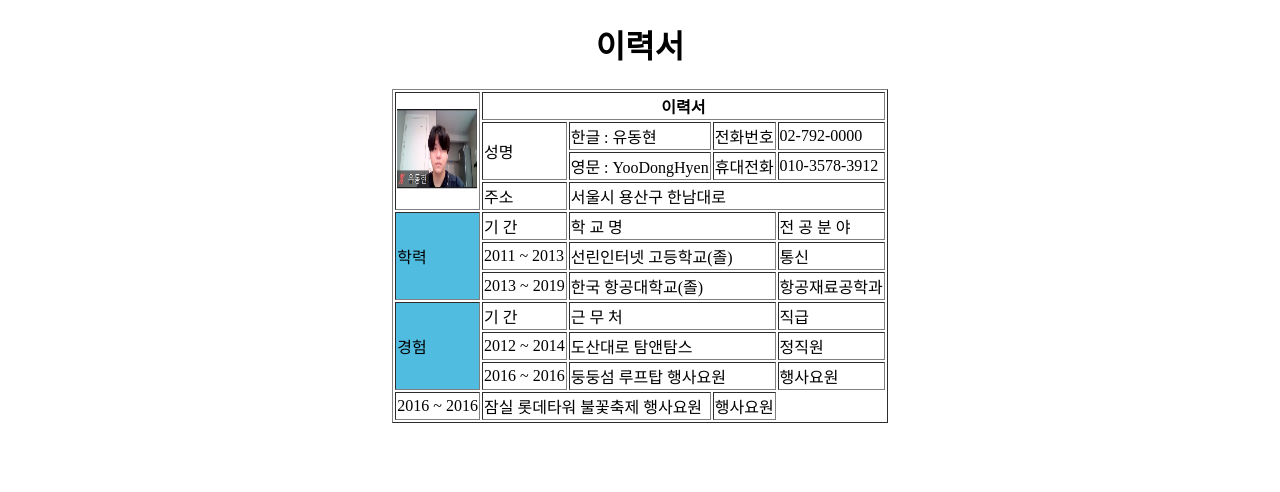
Repository: DongHyenYoo/DongHyen
Page: JdbcStudy/HTMLTEST/WebContent/resume.html
An editor plug-in stored every save of this project. The page is shown before and after the next save, followed by the edit.
The browser window is 1280 px wide. The pictures show the whole page.

Above is the page before, as saved 2022-09-23 08:39:13.

After the next save:
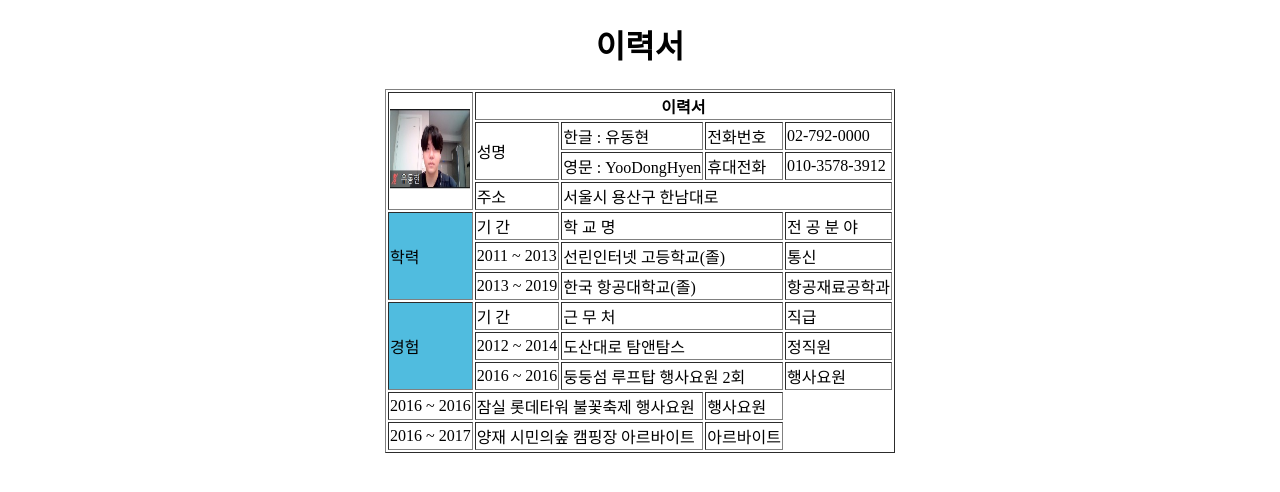
Saved 86 s later.
--- a/JdbcStudy/HTMLTEST/WebContent/resume.html
+++ b/JdbcStudy/HTMLTEST/WebContent/resume.html
@@ -45,13 +45,18 @@
 </tr>
 
 <tr>
- <td>2016 ~ 2016</td> <td colspan="2">둥둥섬 루프탑 행사요원</td> <td>행사요원</td>
+ <td>2016 ~ 2016</td> <td colspan="2">둥둥섬 루프탑 행사요원 2회</td> <td>행사요원</td>
 </tr>
 
 <tr>
  <td>2016 ~ 2016</td> <td colspan="2">잠실 롯데타워 불꽃축제 행사요원</td> <td>행사요원</td>
 </tr>
 
+<tr>
+ <td>2016 ~ 2017</td> <td colspan="2">양재 시민의숲 캠핑장 아르바이트</td> <td>아르바이트</td>
+</tr>
+
+
 </table>
 </body>
 </html>
